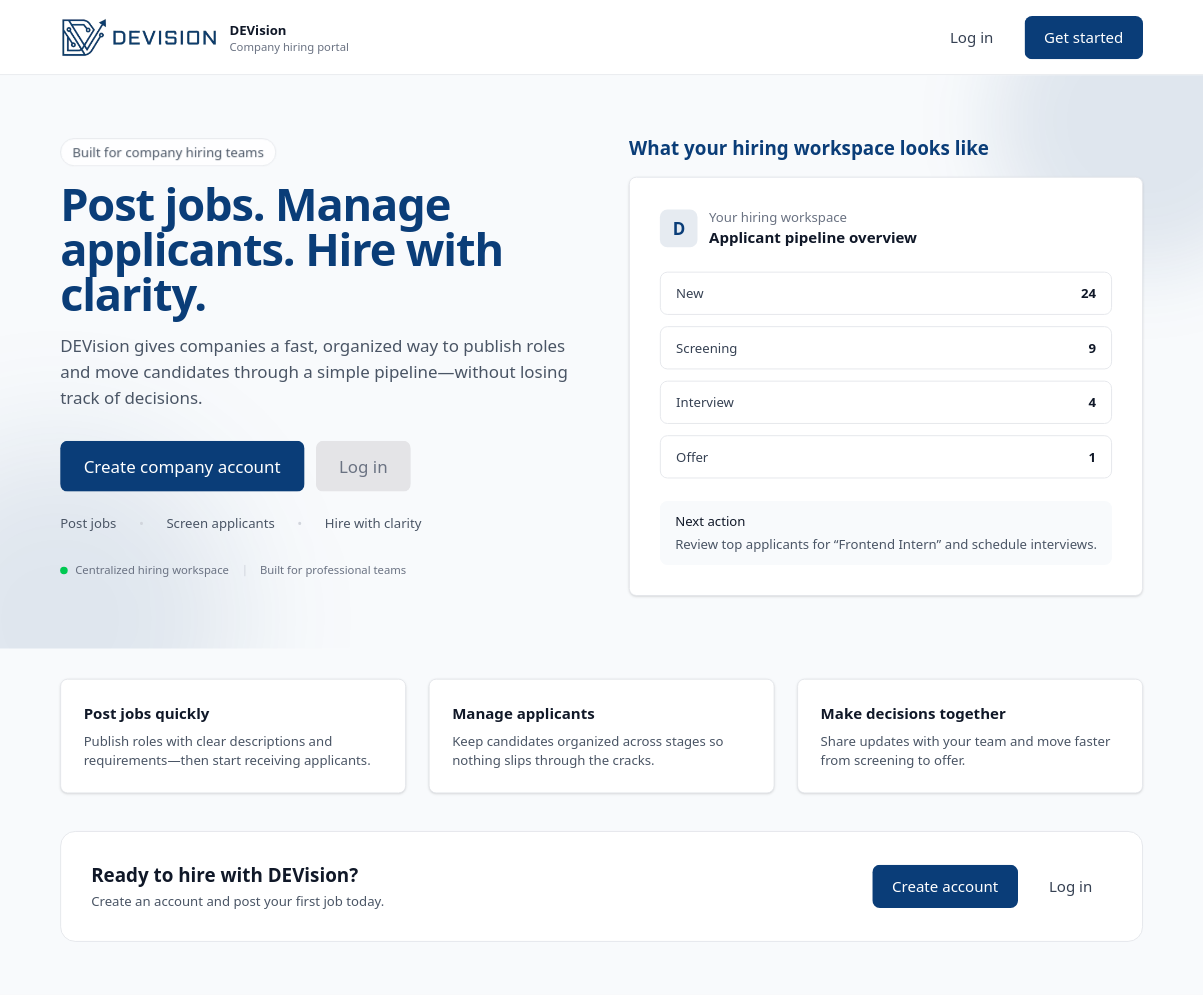
Repository: ISYS3461-2025C-Mulan-DEVision/JobManager_FE
Page: /
These files come from the project's save history. The page is drawn as it stood at one moment and after the next save; the edit follows.
The browser window is 1280 px wide. The pictures show the whole page, at 94% of full size.
The project was rebuilt for these pictures with package versions that can differ from the ones it lists, and the page was loaded fresh each time. Also part of the build but not shown: vite.config.js, src/components/ui/Input/Input.tsx, src/components/ui/Spinner/Spinner.tsx, src/components/ui/Alert/Alert.tsx, src/components/ui/GoogleLogo/GoogleLogo.tsx, src/components/headless/Form/Form.tsx, src/components/headless/Form/index.ts, src/components/headless/Table/useTable.ts and 19 more.

Above is the page before, as saved 2025-12-12 16:54:33.

After the next save:
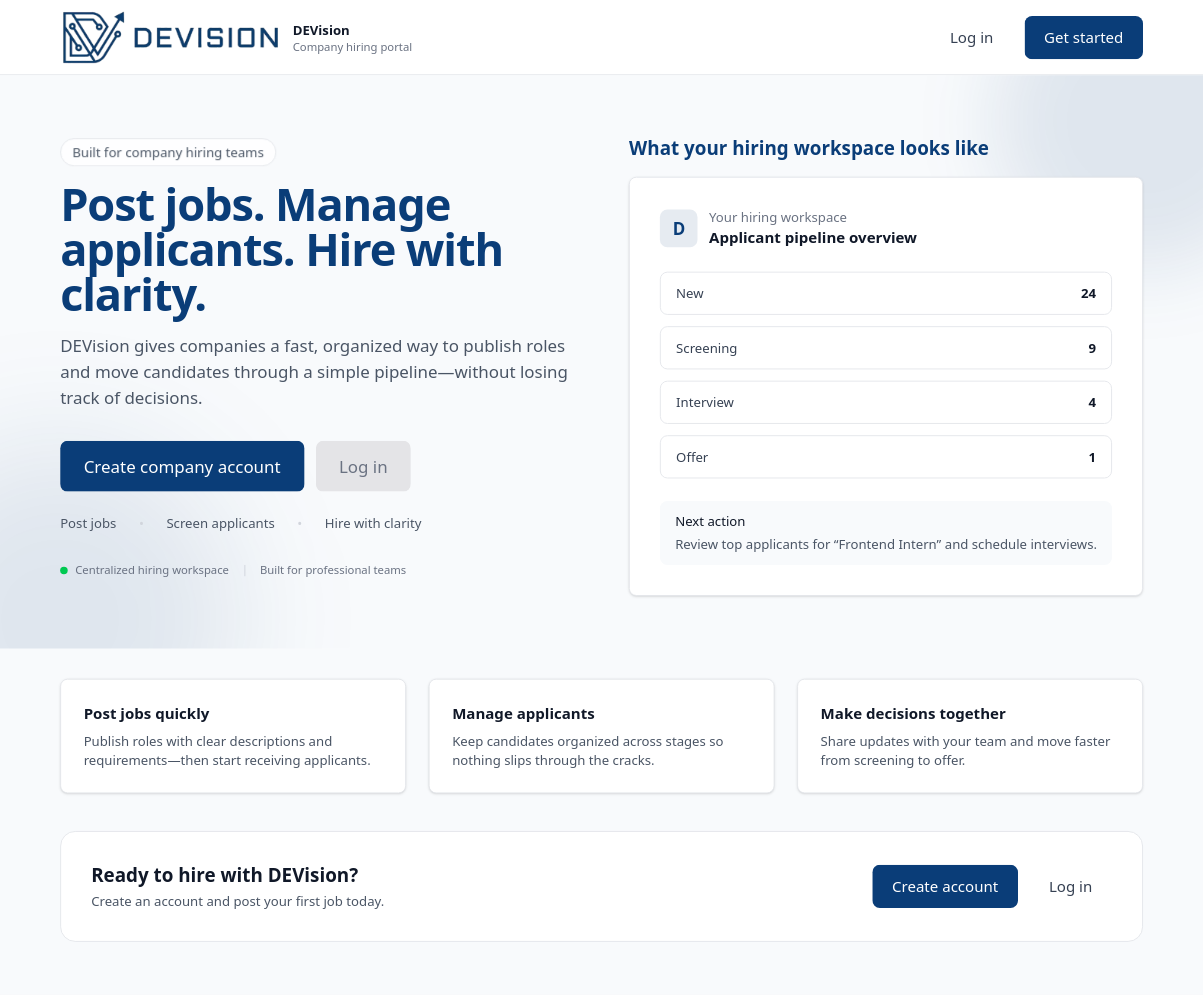
Saved 6 s later.
--- a/src/components/common/AppHeader.tsx
+++ b/src/components/common/AppHeader.tsx
@@ -17,7 +17,7 @@ export default function AppHeader({ className }: AppHeaderProps) {
             <div className="h-20 border-b border-gray-200 bg-white">
                 <div className="mx-auto flex h-full max-w-6xl items-center justify-between">
                     <Link to="/" className="flex items-center gap-3">
-                        <img src="/logo/logo.png" alt="DEVision" className="h-10 w-auto" />
+                        <img src="/logo/logo.png" alt="DEVision" className="h-14 w-auto" />
                         <div className="leading-tight">
                             <div className="text-sm font-semibold text-gray-900">DEVision</div>
                             <div className="text-xs text-gray-500">Company hiring portal</div>
